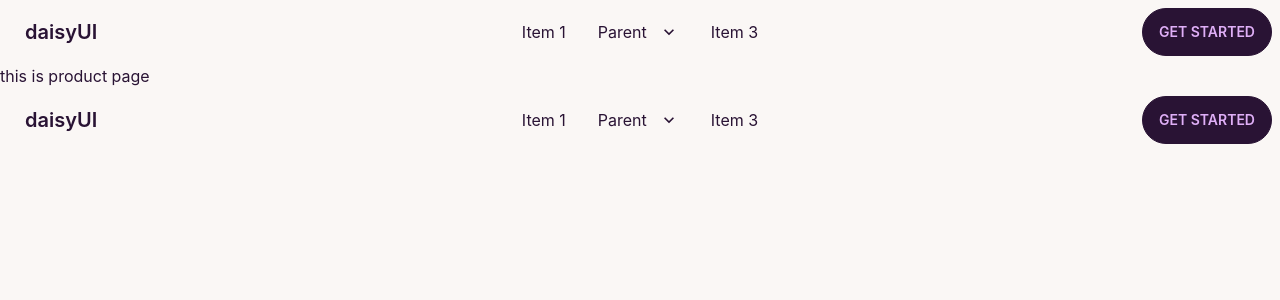
Repository: Tanvir3744/admin-portal
Page: /
The author's editor kept a copy of each file at every save. The page is drawn from the files as they stood at one save, then again after the next save.
The browser window is 1280 px wide. The pictures show the whole page.
The project was rebuilt for these pictures with package versions that can differ from the ones it lists, and the page was loaded fresh each time.

Above is the page before, as saved 2022-07-21 21:16:02.

After the next save:
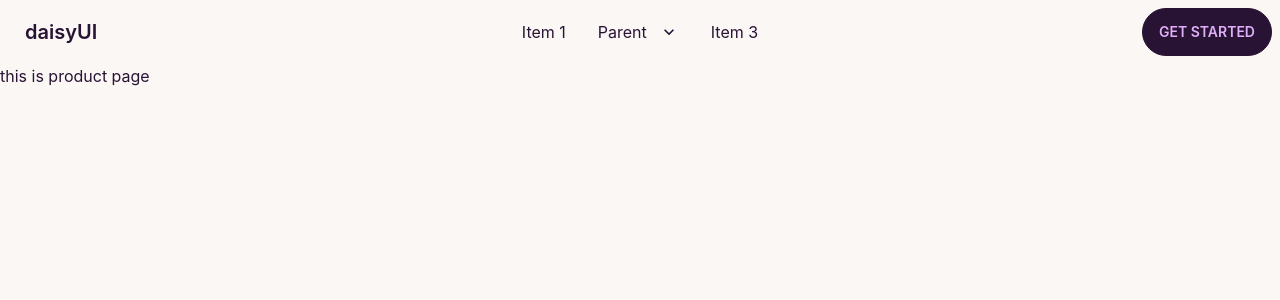
Saved 12 s later.
--- a/src/App.js
+++ b/src/App.js
@@ -8,8 +8,6 @@
       <Routes>
         <Route path='/' element={<Products/>}></Route>
       </Routes>
-      <Header/>
-
     </div>
   );
 }
